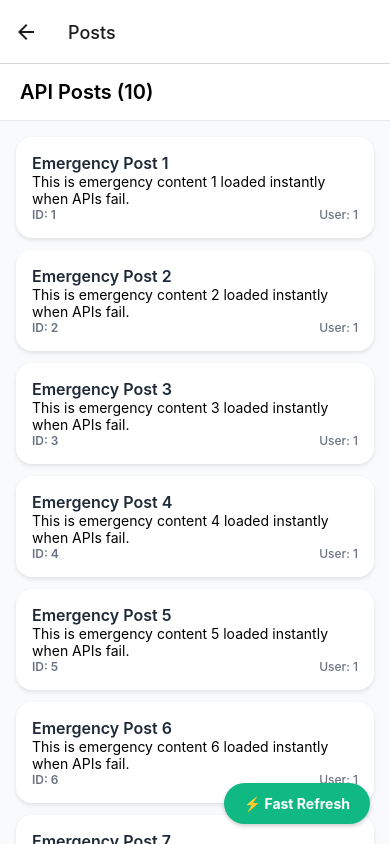
Repository: nawaz1568/Task_counter
Screen: /Posts
The author's editor kept a copy of each file at every save. The screen is drawn from the files as they stood at one save, then again after a run of saves.
The page's requests for data from a server got no answer. An inner scrolling area shows only its first screen. The app was drawn by React Native's web renderer in a window 390 px wide. The project was rebuilt for these pictures with package versions that can differ from the ones it lists, and the page was loaded fresh each time. No one was signed in, and anything a server would have sent is missing. Also part of the build but not shown: src/screens/PostDetailScreen.js, src/screens/CounterScreen.js.

Above is the screen before, as saved 2025-09-09 12:20:52.

### App.js
import React from 'react';
import { NavigationContainer } from '@react-navigation/native';
import { createNativeStackNavigator } from '@react-navigation/native-stack';
import LoginScreen from './src/screens/LoginScreen';
import PostListScreen from './src/screens/PostListScreen';
import PostDetailScreen from './src/screens/PostDetailScreen';
import CounterScreen from './src/screens/CounterScreen';

const Stack = createNativeStackNavigator();

export default function App() {
  return (
    <NavigationContainer>
      <Stack.Navigator initialRouteName="Login">
        <Stack.Screen name="Login" component={LoginScreen} options={{ title: 'Login' }} />
        <Stack.Screen name="Posts" component={PostListScreen} options={{ title: 'Posts' }} />
        <Stack.Screen name="Details" component={PostDetailScreen} options={{ title: 'Post Details' }} />
        <Stack.Screen name="Counter" component={CounterScreen} options={{ title: 'Counter' }} />
      </Stack.Navigator>
    </NavigationContainer>
  );
}

### src/screens/LoginScreen.js
import React, { useState } from 'react';
import { View, Text, TextInput, Alert, TouchableOpacity, StyleSheet } from 'react-native';

export default function LoginScreen({ navigation }) {
  const [email, setEmail] = useState('');
  const [password, setPassword] = useState('');

  const onLogin = () => {
    Alert.alert('Entered Values', `Email: ${email}\nPassword: ${password}`);
    navigation.navigate('Posts');
  };

  return (
    <View style={styles.container}>
      <Text style={styles.title}>Welcome</Text>
      <TextInput
        placeholder="Email"
        value={email}
        onChangeText={setEmail}
        keyboardType="email-address"
        autoCapitalize="none"
        style={styles.input}
      />
      <TextInput
        placeholder="Password"
        value={password}
        onChangeText={setPassword}
        secureTextEntry
        style={styles.input}
      />
      <TouchableOpacity style={styles.button} onPress={onLogin}>
        <Text style={styles.buttonText}>Login</Text>
      </TouchableOpacity>

      <TouchableOpacity style={styles.link} onPress={() => navigation.navigate('Counter')}>
        <Text style={styles.linkText}>Go to Counter Demo</Text>
      </TouchableOpacity>
    </View>
  );
}

const styles = StyleSheet.create({
  container: {
    flex: 1,
    alignItems: 'center',
    justifyContent: 'center',
    padding: 20,
    backgroundColor: '#f9fafb',
  },
  title: { fontSize: 24, fontWeight: '700', marginBottom: 24 },
  input: {
    width: '100%',
    borderWidth: 1,
    borderColor: '#d1d5db',
    borderRadius: 12,
    padding: 12,
    marginBottom: 12,
    backgroundColor: '#fff',
  },
  button: {
    width: '100%',
    padding: 14,
    backgroundColor: '#111827',
    borderRadius: 12,
    alignItems: 'center',
    marginTop: 4,
  },
  buttonText: { color: '#fff', fontWeight: '600' },
  link: { marginTop: 20 },
  linkText: { color: '#2563eb', fontWeight: '500' },
});

### src/screens/PostListScreen.js
import React, { useEffect, useState, useCallback } from 'react';
import { View, Text, FlatList, TouchableOpacity, StyleSheet, RefreshControl } from 'react-native';
import Header from '../components/Header';

// INSTANT DATA CACHE - loads immediately
let CACHED_POSTS = [];
let CACHE_TIMESTAMP = 0;
const CACHE_DURATION = 5 * 60 * 1000; // 5 minutes

// Ultra-fast fetch with multiple strategies
const ultraFastFetch = async () => {
  const urls = [
    'https://jsonplaceholder.typicode.com/posts',
    'https://dummyjson.com/posts?limit=100',
    'https://reqres.in/api/users' // backup
  ];

  // Strategy 1: Return cache instantly if available
  if (CACHED_POSTS.length > 0 && (Date.now() - CACHE_TIMESTAMP) < CACHE_DURATION) {
    return CACHED_POSTS;
  }

  // Strategy 2: Race multiple APIs
  const fetchPromises = urls.map(async (url, index) => {
    try {
      const controller = new AbortController();
      const timeoutId = setTimeout(() => controller.abort(), 1500); // 1.5s timeout

      const response = await fetch(url, {
        method: 'GET',
        headers: {
          'Accept': 'application/json',
          'Cache-Control': 'no-cache',
        },
        signal: controller.signal
      });

      clearTimeout(timeoutId);

      if (!response.ok) throw new Error('Network error');

      const data = await response.json();

      // Normalize different API responses
      let posts = [];
      if (Array.isArray(data)) {
        posts = data;
      } else if (data.posts && Array.isArray(data.posts)) {
        posts = data.posts;
      } else if (data.data && Array.isArray(data.data)) {
        // Convert user data to post-like structure
        posts = data.data.map(user => ({
          id: user.id,
          title: `User: ${user.first_name} ${user.last_name}`,
          body: `Email: ${user.email}\nAvatar: ${user.avatar}`,
          userId: user.id
        }));
      }

      return { success: true, posts, source: index };
    } catch (error) {
      return { success: false, error: error.message, source: index };
    }
  });

  // Return first successful response
  try {
    const results = await Promise.allSettled(fetchPromises);
    const successful = results.find(r => r.status === 'fulfilled' && r.value.success);

    if (successful) {
      CACHED_POSTS = successful.value.posts.slice(0, 50); // Limit for performance
      CACHE_TIMESTAMP = Date.now();
      return CACHED_POSTS;
    }

    throw new Error('All requests failed');
  } catch (error) {
    // Last resort: return minimal mock data
    const emergencyData = Array.from({ length: 10 }, (_, i) => ({
      id: i + 1,
      title: `Emergency Post ${i + 1}`,
      body: `This is emergency content ${i + 1} loaded instantly when APIs fail.`,
      userId: 1
    }));

    CACHED_POSTS = emergencyData;
    CACHE_TIMESTAMP = Date.now();
    return emergencyData;
  }
};

export default function PostListScreen({ navigation }) {
  const [posts, setPosts] = useState(CACHED_POSTS); // Start with cache
  const [refreshing, setRefreshing] = useState(false);

  // IMMEDIATE fetch on mount - no loading state
  useEffect(() => {
    const fetchImmediate = async () => {
      const data = await ultraFastFetch();
      setPosts(data);
    };

    // If no cache, fetch immediately
    if (CACHED_POSTS.length === 0) {
      fetchImmediate();
    }
  }, []);

  // Super fast refresh
  const onRefresh = useCallback(async () => {
    setRefreshing(true);

    // Clear cache to force fresh data
    CACHED_POSTS = [];
    CACHE_TIMESTAMP = 0;

    const data = await ultraFastFetch();
    setPosts(data);
    setRefreshing(false);
  }, []);

  const renderItem = ({ item }) => (
    <TouchableOpacity
      style={styles.card}
      onPress={() => navigation.navigate('Details', { post: item })}
      activeOpacity={0.7}
    >
      <Text style={styles.cardTitle} numberOfLines={2}>{item.title}</Text>
      <Text style={styles.cardBody} numberOfLines={3}>{item.body}</Text>
      <View style={styles.cardFooter}>
        <Text style={styles.cardId}>ID: {item.id}</Text>
        <Text style={styles.cardUser}>User: {item.userId}</Text>
      </View>
    </TouchableOpacity>
  );

  const ListEmptyComponent = () => (
    <View style={styles.emptyContainer}>
      <Text style={styles.emptyText}>Getting data...</Text>
    </View>
  );

  return (
    <View style={styles.container}>
      <Header title={`API Posts (${posts.length})`} />
      <FlatList
        data={posts}
        keyExtractor={(item) => String(item.id)}
        renderItem={renderItem}
        contentContainerStyle={styles.listContent}
        ListEmptyComponent={ListEmptyComponent}
        showsVerticalScrollIndicator={false}
        removeClippedSubviews={true}
        maxToRenderPerBatch={20}
        windowSize={10}
        initialNumToRender={15}
        getItemLayout={(data, index) => ({
          length: 120,
          offset: 120 * index,
          index,
        })}
        refreshControl={
          <RefreshControl
            refreshing={refreshing}
            onRefresh={onRefresh}
            tintColor="#10b981"
            colors={['#10b981']}
          />
        }
      />

      {posts.length > 0 && (
        <TouchableOpacity style={styles.fastRefreshButton} onPress={onRefresh}>
          <Text style={styles.fastRefreshText}>⚡ Fast Refresh</Text>
        </TouchableOpacity>
      )}
    </View>
  );
}

const styles = StyleSheet.create({
  container: {
    flex: 1,
    backgroundColor: '#f8fafc'
  },
  listContent: {
    padding: 16,
    paddingBottom: 80,
  },
  card: {
    backgroundColor: '#ffffff',
    padding: 16,
    borderRadius: 16,
    marginBottom: 12,
    shadowColor: '#000',
    shadowOffset: { width: 0, height: 2 },
    shadowOpacity: 0.1,
    shadowRadius: 4,
    elevation: 3,
  },
  completedCard: {
    borderLeftWidth: 4,
    borderLeftColor: '#10b981',
  },
  pendingCard: {
    borderLeftWidth: 4,
    borderLeftColor: '#f59e0b',
  },
  cardHeader: {
    flexDirection: 'row',
    alignItems: 'flex-start',
    justifyContent: 'space-between',
    marginBottom: 12,
  },
  cardTitle: {
    fontSize: 16,
    fontWeight: '600',
    color: '#1f2937',
    textTransform: 'capitalize',
    flex: 1,
    marginRight: 12,
  },
  statusBadge: {
    borderRadius: 12,
    paddingHorizontal: 8,
    paddingVertical: 4,
    minWidth: 24,
    alignItems: 'center',
  },
  completedBadge: {
    backgroundColor: '#10b981',
  },
  pendingBadge: {
    backgroundColor: '#f59e0b',
  },
  statusText: {
    color: '#ffffff',
    fontSize: 12,
    fontWeight: '700',
  },
  cardFooter: {
    flexDirection: 'row',
    justifyContent: 'space-between',
    alignItems: 'center',
  },
  cardId: {
    fontSize: 12,
    color: '#6b7280',
    fontWeight: '600',
  },
  cardUser: {
    fontSize: 12,
    color: '#6b7280',
    fontWeight: '500',
  },
  statusLabel: {
    fontSize: 11,
    fontWeight: '700',
  },
  completedText: {
    color: '#10b981',
  },
  pendingText: {
    color: '#f59e0b',
  },
  emptyContainer: {
    flex: 1,
    justifyContent: 'center',
    alignItems: 'center',
    paddingVertical: 50,
  },
  emptyText: {
    fontSize: 16,
    color: '#6b7280',
    fontWeight: '500',
  },
  fastRefreshButton: {
    position: 'absolute',
    bottom: 20,
    right: 20,
    backgroundColor: '#10b981',
    borderRadius: 25,
    paddingVertical: 12,
    paddingHorizontal: 20,
    shadowColor: '#000',
    shadowOffset: { width: 0, height: 2 },
    shadowOpacity: 0.2,
    shadowRadius: 4,
    elevation: 5,
  },
  fastRefreshText: {
    color: '#ffffff',
    fontWeight: '700',
    fontSize: 14,
  },
});

### src/components/Header.js
import React from 'react';
import { View, Text, StyleSheet } from 'react-native';

export default function Header({ title }) {
  return (
    <View style={styles.container}>
      <Text style={styles.title}>{title}</Text>
    </View>
  );
}

const styles = StyleSheet.create({
  container: {
    paddingVertical: 16,
    paddingHorizontal: 20,
    borderBottomWidth: 1,
    borderColor: '#e5e7eb',
    backgroundColor: '#fff',
  },
  title: {
    fontSize: 20,
    fontWeight: '600',
  },
});

After the next 5 saves:
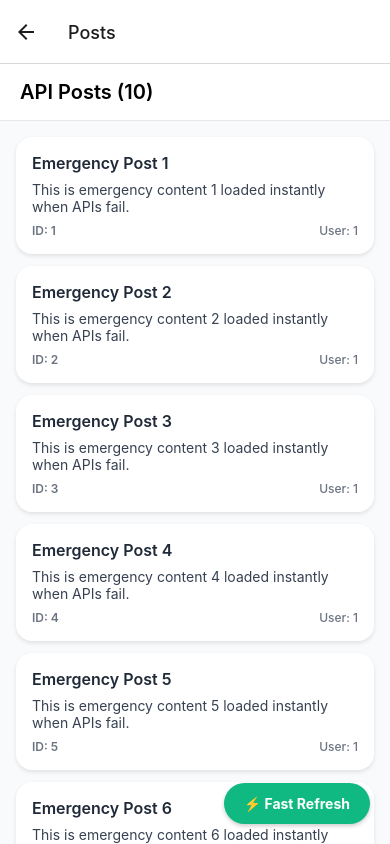
The 5 saves are shown as one change because 4 did not build or start.
The last was saved 8 min 31 s later.
--- a/src/screens/PostListScreen.js
+++ b/src/screens/PostListScreen.js
@@ -2,10 +2,10 @@ import React, { useEffect, useState, useCallback } from 'react';
 import { View, Text, FlatList, TouchableOpacity, StyleSheet, RefreshControl } from 'react-native';
 import Header from '../components/Header';
 
-// INSTANT DATA CACHE - loads immediately
+// ✅ Cache variables
 let CACHED_POSTS = [];
 let CACHE_TIMESTAMP = 0;
-const CACHE_DURATION = 5 * 60 * 1000; // 5 minutes
+const CACHE_DURATION = 1000 * 60 * 2; // 2 minutes
 
 // Ultra-fast fetch with multiple strategies
 const ultraFastFetch = async () => {
@@ -48,7 +48,6 @@ const ultraFastFetch = async () => {
       } else if (data.posts && Array.isArray(data.posts)) {
         posts = data.posts;
       } else if (data.data && Array.isArray(data.data)) {
-        // Convert user data to post-like structure
         posts = data.data.map(user => ({
           id: user.id,
           title: `User: ${user.first_name} ${user.last_name}`,
@@ -101,7 +100,6 @@ export default function PostListScreen({ navigation }) {
       setPosts(data);
     };
 
-    // If no cache, fetch immediately
     if (CACHED_POSTS.length === 0) {
       fetchImmediate();
     }
@@ -110,11 +108,8 @@ export default function PostListScreen({ navigation }) {
   // Super fast refresh
   const onRefresh = useCallback(async () => {
     setRefreshing(true);
-
-    // Clear cache to force fresh data
     CACHED_POSTS = [];
     CACHE_TIMESTAMP = 0;
-
     const data = await ultraFastFetch();
     setPosts(data);
     setRefreshing(false);
@@ -199,20 +194,6 @@ const styles = StyleSheet.create({
     shadowRadius: 4,
     elevation: 3,
   },
-  completedCard: {
-    borderLeftWidth: 4,
-    borderLeftColor: '#10b981',
-  },
-  pendingCard: {
-    borderLeftWidth: 4,
-    borderLeftColor: '#f59e0b',
-  },
-  cardHeader: {
-    flexDirection: 'row',
-    alignItems: 'flex-start',
-    justifyContent: 'space-between',
-    marginBottom: 12,
-  },
   cardTitle: {
     fontSize: 16,
     fontWeight: '600',
@@ -221,23 +202,10 @@ const styles = StyleSheet.create({
     flex: 1,
     marginRight: 12,
   },
-  statusBadge: {
-    borderRadius: 12,
-    paddingHorizontal: 8,
-    paddingVertical: 4,
-    minWidth: 24,
-    alignItems: 'center',
-  },
-  completedBadge: {
-    backgroundColor: '#10b981',
-  },
-  pendingBadge: {
-    backgroundColor: '#f59e0b',
-  },
-  statusText: {
-    color: '#ffffff',
-    fontSize: 12,
-    fontWeight: '700',
+  cardBody: {
+    fontSize: 14,
+    color: '#374151',
+    marginVertical: 8,
   },
   cardFooter: {
     flexDirection: 'row',
@@ -253,16 +221,6 @@ const styles = StyleSheet.create({
     fontSize: 12,
     color: '#6b7280',
     fontWeight: '500',
-  },
-  statusLabel: {
-    fontSize: 11,
-    fontWeight: '700',
-  },
-  completedText: {
-    color: '#10b981',
-  },
-  pendingText: {
-    color: '#f59e0b',
   },
   emptyContainer: {
     flex: 1,
